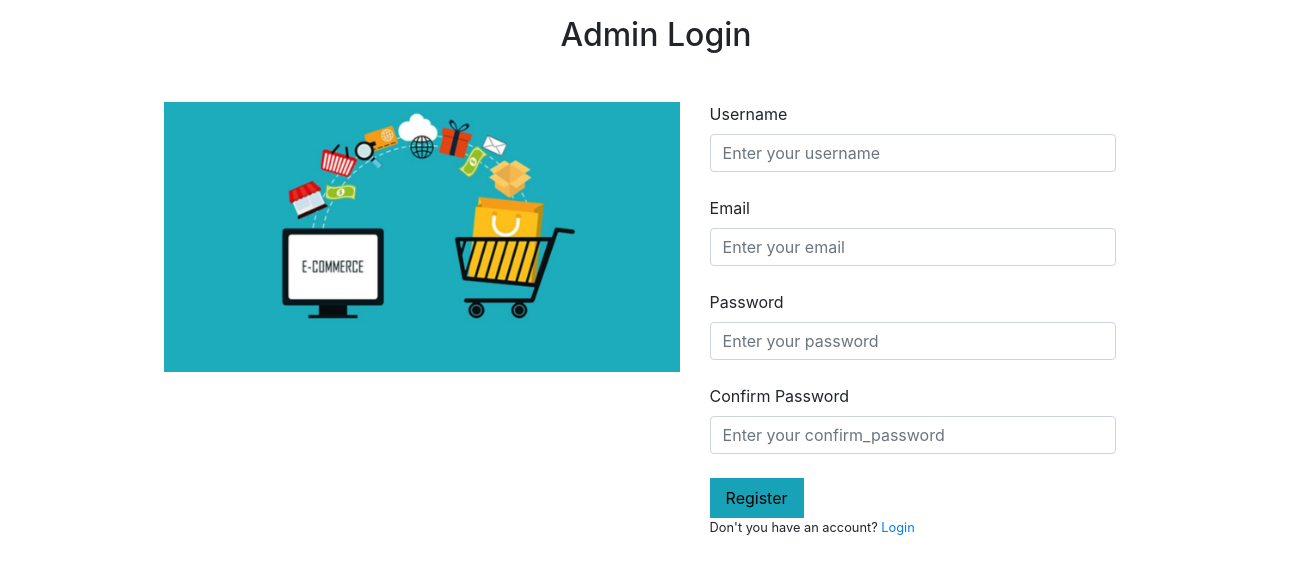
Repository: hahuuchinh2501/ecommerce_web
Page: http://localhost/admin_area/admin_login.php
The author's editor kept a copy of each file at every save. The page is drawn from the files as they stood at one save, then again after the next save.
The browser window is 1280 px wide. The page is 1296 px wide, so the pictures cover 1296 px, including what lies to the right of the window. The pictures show the whole page.
The page is run by PHP 8.4 with error messages shown; the project is at /var/www/html/.

Above is the page before, as saved 2025-03-18 20:29:22.

### admin_area/admin_login.php
<html lang="en">
<head>
    <meta charset="UTF-8">
    <meta name="viewport" content="width=device-width, initial-scale=1.0">
     <link href="https://cdn.jsdelivr.net/npm/bootstrap@5.3.3/dist/css/bootstrap.min.css" rel="stylesheet" integrity="sha384-QWTKZyjpPEjISv5WaRU9OFeRpok6YctnYmDr5pNlyT2bRjXh0JMhjY6hW+ALEwIH" crossorigin="anonymous">
    <link rel="stylesheet" href="../style.css">
    <link rel="stylesheet" href="https://cdnjs.cloudflare.com/ajax/libs/font-awesome/6.5.2/css/all.min.css" integrity="sha512-SnH5WK+bZxgPHs44uWIX+LLJAJ9/2PkPKZ5QiAj6Ta86w+fsb2TkcmfRyVX3pBnMFcV7oQPJkl9QevSCWr3W6A==" crossorigin="anonymous" referrerpolicy="no-referrer" />
    <link rel="stylesheet" href="https://cdn.jsdelivr.net/npm/bootstrap@4.0.0/dist/css/bootstrap.min.css" integrity="sha384-Gn5384xqQ1aoWXA+058RXPxPg6fy4IWvTNh0E263XmFcJlSAwiGgFAW/dAiS6JXm" crossorigin="anonymous">
    <title>admin registration</title>
    <style>
        body {
            overflow: hidden;
        }

    </style>
</head>
<body>
    <div class="container-fluid m-3">
        <h2 class="text-center mb-5"> Admin Login</h2>
    </div>
    <div class="row d-flex justify-content-center">
    <div class="col-lg-6 col-xl-5">
        <img src="../images/bg_ad.jpg" alt="Admin Registration" class="img-fluid">
    </div>
    <div class="col-lg-6 col-xl-4">
        <form action="" method="post">
            <div class="form-outline mb-4">
                <label for="username" class="form-label">Username</label>
                <input type="text" id="username" name="username" placeholder="Enter your username" required="required" class="form-control">
            </div>
            <div class="form-outline mb-4">
                <label for="email" class="form-label">Email</label>
                <input type="text" id="email" name="email" placeholder="Enter your email" required="required" class="form-control">
            </div>
            <div class="form-outline mb-4">
    <label for="password" class="form-label">Password</label>
    <input type="password" id="password" name="password" placeholder="Enter your password" required="required" class="form-control">
</div>
<div class="form-outline mb-4">
    <label for="confirm_password" class="form-label">Confirm Password</label>
    <input type="password" id="confirm_password" name="confirm_password" placeholder="Enter your confirm_password" required="required" class="form-control">
</div>
<div>
    <input type="submit" class="bg-info py-2 px-3 border-0" name="admin_registration" value="Register">
    <p class="small">Don't you have an account? <a href="admin_login.php">Login</a></p>
</div>
        </form>
    </div>
</div>
</body>
</html>

### style.css
* {
    margin: 0;
    padding: 0;
    box-sizing: border-box;

}


.logo {
    width: 7%;
    height: 7%;
}

     .card-img-top {
            height: 360px; /* Đặt chiều cao cố định */
            object-fit: cover; /* Đảm bảo hình ảnh vừa khung và không bị biến dạng */
        }

.cart_img {
    width:50px;
    height:50px;
}

After the next save:
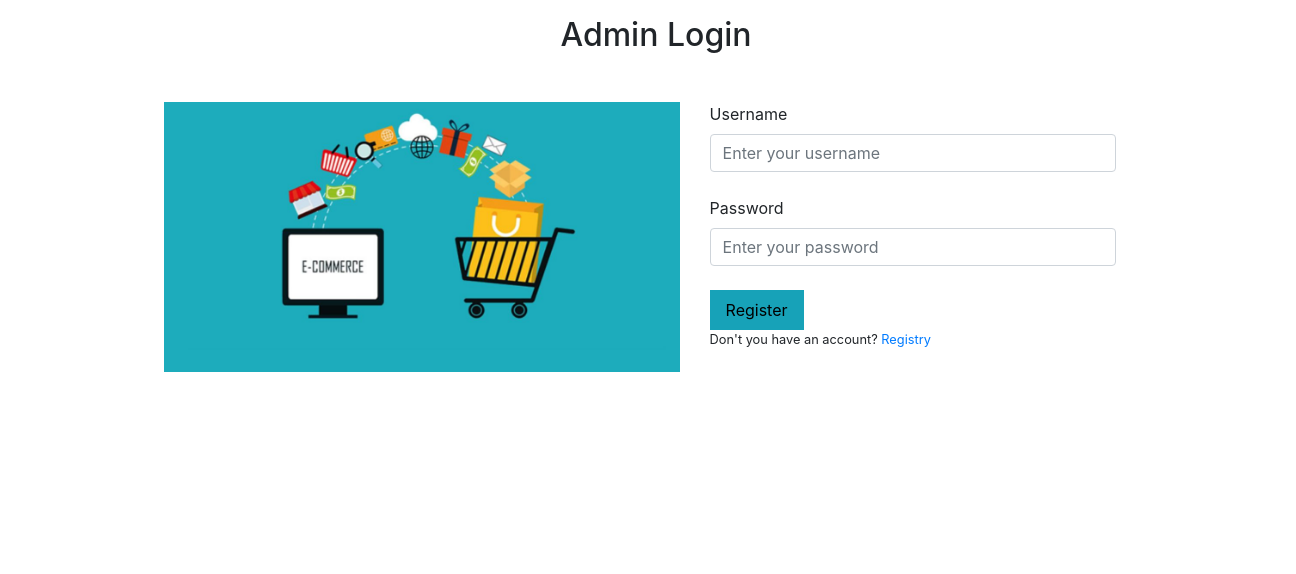
Saved 2 min 46 s later.
--- a/admin_area/admin_login.php
+++ b/admin_area/admin_login.php
@@ -29,20 +29,12 @@
                 <input type="text" id="username" name="username" placeholder="Enter your username" required="required" class="form-control">
             </div>
             <div class="form-outline mb-4">
-                <label for="email" class="form-label">Email</label>
-                <input type="text" id="email" name="email" placeholder="Enter your email" required="required" class="form-control">
-            </div>
-            <div class="form-outline mb-4">
     <label for="password" class="form-label">Password</label>
     <input type="password" id="password" name="password" placeholder="Enter your password" required="required" class="form-control">
 </div>
-<div class="form-outline mb-4">
-    <label for="confirm_password" class="form-label">Confirm Password</label>
-    <input type="password" id="confirm_password" name="confirm_password" placeholder="Enter your confirm_password" required="required" class="form-control">
-</div>
 <div>
     <input type="submit" class="bg-info py-2 px-3 border-0" name="admin_registration" value="Register">
-    <p class="small">Don't you have an account? <a href="admin_login.php">Login</a></p>
+    <p class="small">Don't you have an account? <a href="admin_registration.php">Registry</a></p>
 </div>
         </form>
     </div>
